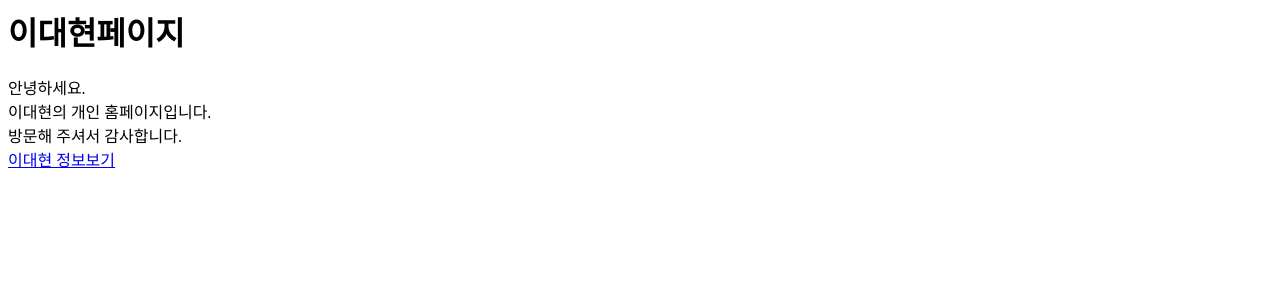
Repository: daelong/JavaStudy
Page: webproject/WebContent/MyPage.html
An editor plug-in stored every save of this project. The page is shown before and after the next save, followed by the edit.
The browser window is 1280 px wide. The pictures show the whole page.

Above is the page before, as saved 2019-04-02 08:00:35.

### webproject/WebContent/MyPage.html
<html>
<head>
<meta charset="EUC-KR">
<title>이대현 페이지</title>
</head>
<body>
	<H1>이대현페이지</H1>
	안녕하세요.<BR>
	이대현의 개인 홈페이지입니다.<BR>
	방문해 주셔서 감사합니다.<BR>
	<a href="/webproject/MyProperty.jsp">이대현 정보보기</a>
</body>
</html>

After the next save:
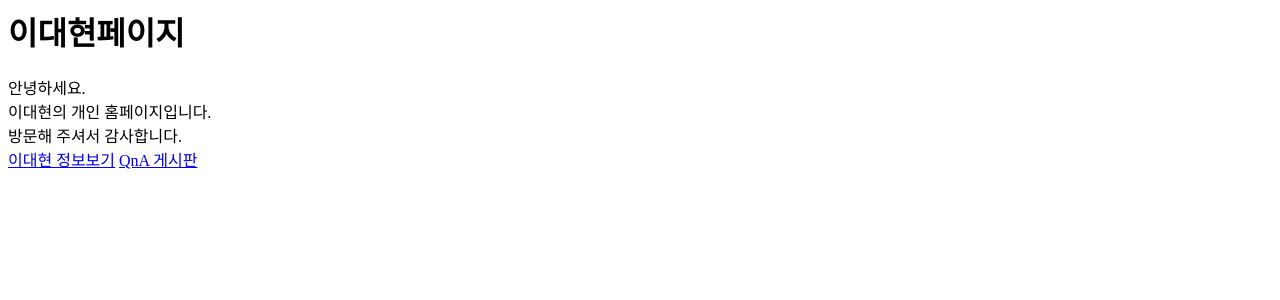
Saved 42 s later.
--- a/webproject/WebContent/MyPage.html
+++ b/webproject/WebContent/MyPage.html
@@ -9,5 +9,6 @@
 	이대현의 개인 홈페이지입니다.<BR>
 	방문해 주셔서 감사합니다.<BR>
 	<a href="/webproject/MyProperty.jsp">이대현 정보보기</a>
+	<a href="/webproject/QnABorad.jsp">QnA 게시판</a>
 </body>
 </html>
